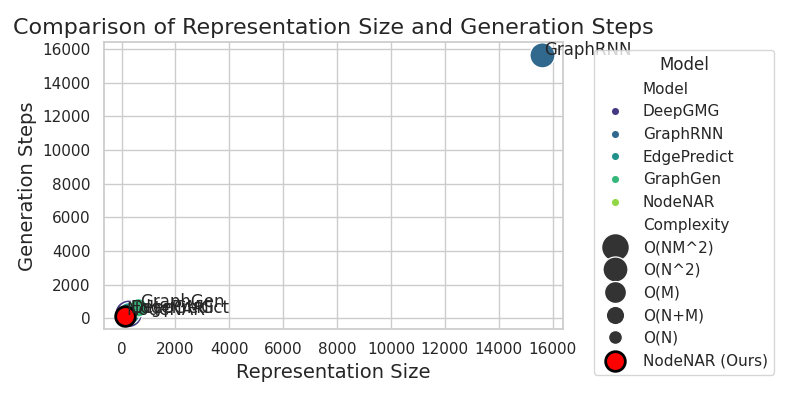
Repository: ChloeKiwi/dgae_related_all
Script's output: python fork-main/plot.py
The author's editor kept a copy of each file at every save. The script's output is drawn from the files as they stood at one save, then again after the next save.
Random numbers start from a fixed seed.

Above is the script's output before, as saved 2025-02-24 18:05:05.

### fork-main/plot.py
import matplotlib.pyplot as plt
import seaborn as sns
import pandas as pd

# 数据准备
data = {
    "Model": ["DeepGMG", "GraphRNN", "EdgePredict", "GraphGen", "NodeNAR"],
    "Representation Size": [266, 15625, 282, 625, 125],  # 表示大小
    "Generation Steps": [266, 15625, 282, 625, 125],     # 生成步骤
    "Complexity": ["O(NM^2)", "O(N^2)", "O(M)", "O(N+M)", "O(N)"]  # 复杂度
}

# 转换为 DataFrame
df = pd.DataFrame(data)

# 设置 Seaborn 风格
sns.set(style="whitegrid")

# 创建散点图
plt.figure(figsize=(8, 4))
scatter = sns.scatterplot(
    x="Representation Size",
    y="Generation Steps",
    hue="Model",
    size="Complexity",  # 用点的大小表示复杂度
    sizes=(100, 400),  # 点的大小范围
    palette="viridis",  # 颜色方案
    data=df
)

# 突出显示 NodeNAR
node_nar = df[df["Model"] == "NodeNAR"]
plt.scatter(
    node_nar["Representation Size"],
    node_nar["Generation Steps"],
    color="red",
    s=200,  # 点的大小
    label="NodeNAR (Ours)",
    edgecolor="black",
    linewidth=2
)

# 添加标签
for i, row in df.iterrows():
    plt.text(
        row["Representation Size"] + 50,  # X 轴偏移
        row["Generation Steps"] + 50,     # Y 轴偏移
        row["Model"],
        fontsize=12,
        ha="left"
    )

# 设置标题和标签
plt.title("Comparison of Representation Size and Generation Steps", fontsize=16)
plt.xlabel("Representation Size", fontsize=14)
plt.ylabel("Generation Steps", fontsize=14)

# 显示图例
plt.legend(title="Model", bbox_to_anchor=(1.05, 1), loc='upper left')

# 显示图表
plt.tight_layout()

plt.savefig('rep.pdf')

plt.show()

After the next save:
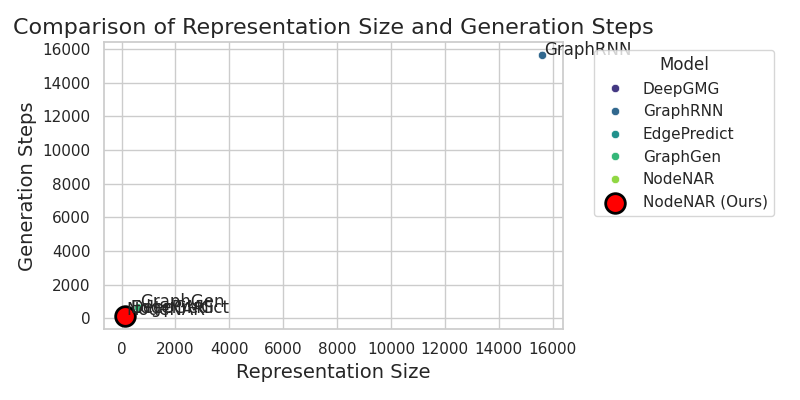
Saved 12 min 7 s later.
--- a/fork-main/plot.py
+++ b/fork-main/plot.py
@@ -7,7 +7,6 @@ data = {
     "Model": ["DeepGMG", "GraphRNN", "EdgePredict", "GraphGen", "NodeNAR"],
     "Representation Size": [266, 15625, 282, 625, 125],  # 表示大小
     "Generation Steps": [266, 15625, 282, 625, 125],     # 生成步骤
-    "Complexity": ["O(NM^2)", "O(N^2)", "O(M)", "O(N+M)", "O(N)"]  # 复杂度
 }
 
 # 转换为 DataFrame
@@ -22,8 +21,6 @@ scatter = sns.scatterplot(
     x="Representation Size",
     y="Generation Steps",
     hue="Model",
-    size="Complexity",  # 用点的大小表示复杂度
-    sizes=(100, 400),  # 点的大小范围
     palette="viridis",  # 颜色方案
     data=df
 )
